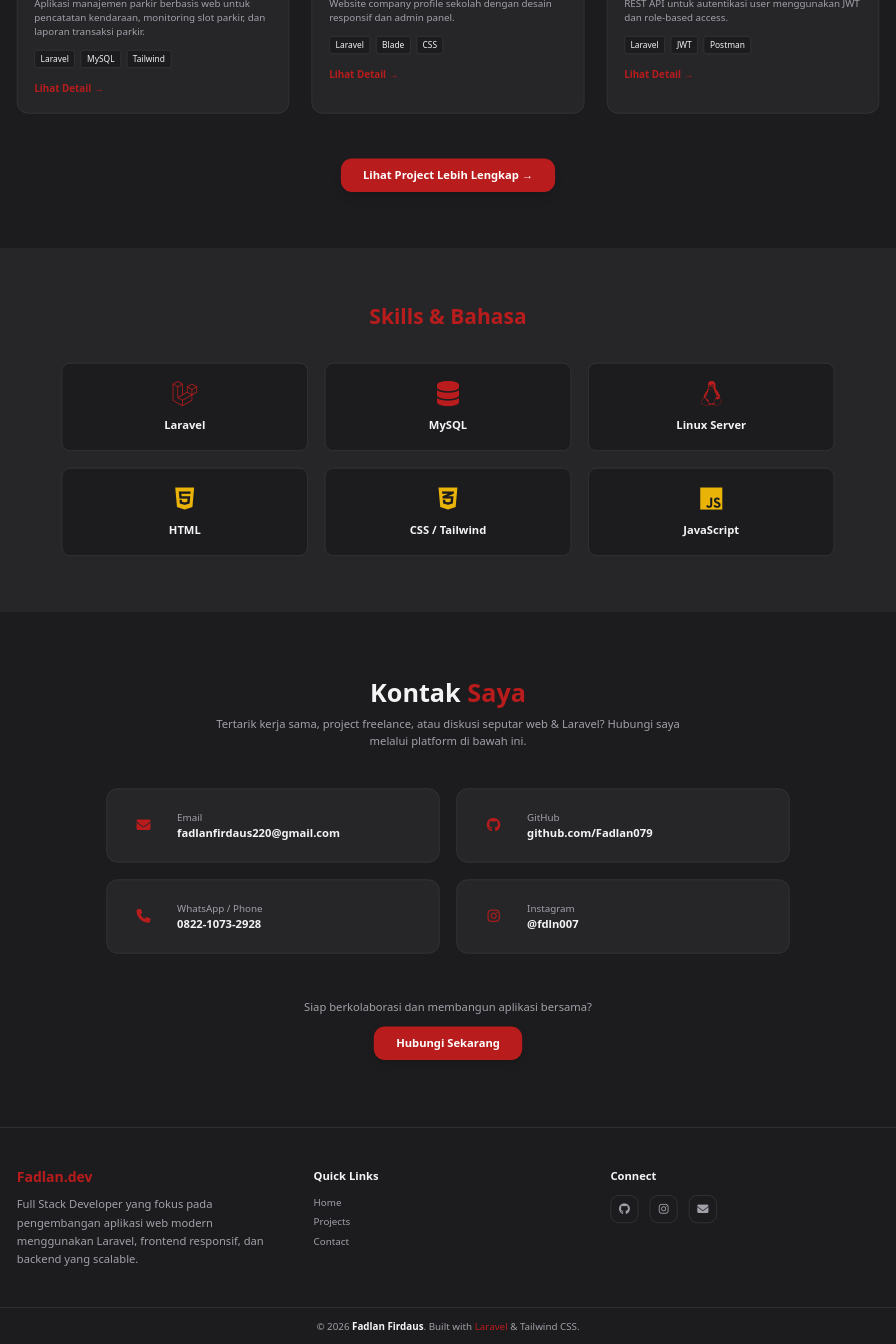
Repository: Fadlan079/Personal-Portfolio
Page: http://localhost/
An editor plug-in stored every save of this project. The page is shown before and after the next save, followed by the edit.
The browser window is 1280 px wide. The pictures show the part of the page from y = 2716 to 4636 px (the page is 4636 px tall before and 4092 px after), at 70% of full size.
Some web libraries are served in a nearby version. The page is served by the project's Laravel application, run on PHP 8.4 with Laravel 12. Other server files are loaded and not shown.

Above is the page before, as saved 2026-01-15 09:18:08.

### routes/web.php
<?php

use Illuminate\Support\Facades\Route;
use App\Http\Controllers\ProjectController;

// Route::get('/', function () {
//     return view('welcome');
// });

Route::get('/', function () {
    return view('portofolio');
});

// Route::get('/project', function () {
//     return view('project');
// });

Route::get('/project', [ProjectController::class, 'index']);

### resources/views/portofolio.blade.php
<!DOCTYPE html>
<html lang="id">
<head>
  <meta charset="UTF-8" />
  <meta name="viewport" content="width=device-width, initial-scale=1.0" />
  <title>Portfolio | Fadlan</title>
  <script src="https://cdn.tailwindcss.com"></script>
  <link rel="stylesheet" href="https://cdnjs.cloudflare.com/ajax/libs/font-awesome/6.5.1/css/all.min.css"/>
  <script>
    tailwind.config = {
      theme: {
        extend: {
          colors: {
            bg: 'var(--color-bg)',
            surface: 'var(--color-surface)',
            border: 'var(--color-border)',
            text: 'var(--color-text)',
            muted: 'var(--color-muted)',
            primary: 'var(--color-primary)',
            success: 'var(--color-success)',
            danger: 'var(--color-danger)',
            warning: 'var(--color-warning)',
          }
        }
      }
    }
  </script>
  <style>
    :root {
      --color-bg: #1c1c1e;
      --color-surface: #262629;
      --color-border: #3a3a3d;
      --color-text: #f4f4f5;
      --color-muted: #a1a1aa;
      --color-primary: #b91c1c;
      --color-success: #6fbf8f;
      --color-danger:  #ef4444;
      --color-warning: #eab308;
    }

    html {
      scroll-behavior: smooth;
    }

* {
  scrollbar-width: thin;
  scrollbar-color: #ef4444 transparent;
}

::-webkit-scrollbar {
  width: 10px;
}

::-webkit-scrollbar-track {
  background: transparent;
}

::-webkit-scrollbar-thumb {
  background: linear-gradient(
    180deg,
    #ef4444,
    #dc2626
  );
  border-radius: 999px;
  border: 2px solid transparent;
  background-clip: content-box;
}

::-webkit-scrollbar-thumb:hover {
  background: linear-gradient(
    180deg,
    #f87171,
    #ef4444
  );
}

  </style>
</head>

<body class="bg-bg text-text">
  <header> @include('components.header') </header>
  <main>
    <section id="home" class="relative min-h-screen flex items-center px-6 overflow-hidden">  @include('sections.hero')</section>
    <section id="about" class="py-20 bg-surface">@include('sections.about')</section>
    <section id="experience" class="py-20">@include('sections.experience')</section>
    <section id="education" class="py-24 bg-bg">@include('sections.education')</section>
    <section id="projects" class="py-20 bg-bg">@include('sections.project')</section>
  </main>



<!-- Skills -->
<section id="skills" class="py-20 bg-surface">
  <div class="max-w-6xl mx-auto px-6">
    <h3 class="text-3xl font-bold mb-12 text-primary text-center">Skills & Bahasa</h3>

    <div class="grid md:grid-cols-3 gap-6 text-center">
      <div class="bg-bg border border-border rounded-xl p-6">
        <i class="fa-brands fa-laravel text-4xl text-primary mb-3"></i>
        <h4 class="font-semibold">Laravel</h4>
      </div>
      <div class="bg-bg border border-border rounded-xl p-6">
        <i class="fa-solid fa-database text-4xl text-primary mb-3"></i>
        <h4 class="font-semibold">MySQL</h4>
      </div>
      <div class="bg-bg border border-border rounded-xl p-6">
        <i class="fa-brands fa-linux text-4xl text-primary mb-3"></i>
        <h4 class="font-semibold">Linux Server</h4>
      </div>
      <div class="bg-bg border border-border rounded-xl p-6">
        <i class="fa-brands fa-html5 text-4xl text-warning mb-3"></i>
        <h4 class="font-semibold">HTML</h4>
      </div>
      <div class="bg-bg border border-border rounded-xl p-6">
        <i class="fa-brands fa-css3-alt text-4xl text-warning mb-3"></i>
        <h4 class="font-semibold">CSS / Tailwind</h4>
      </div>
      <div class="bg-bg border border-border rounded-xl p-6">
        <i class="fa-brands fa-js text-4xl text-warning mb-3"></i>
        <h4 class="font-semibold">JavaScript</h4>
      </div>
    </div>
  </div>
</section>

<section id="contact" class="py-24 bg-bg">
  <div class="max-w-5xl mx-auto px-6">

    <div class="text-center mb-14">
      <h3 class="text-4xl font-extrabold mb-3">
        Kontak <span class="text-primary">Saya</span>
      </h3>
      <p class="text-muted max-w-2xl mx-auto">
        Tertarik kerja sama, project freelance, atau diskusi seputar web & Laravel?
        Hubungi saya melalui platform di bawah ini.
      </p>
    </div>

    <div class="grid sm:grid-cols-2 gap-6">
      <a href="mailto:fadlanfirdaus220@gmail.com"
         class="group bg-surface border border-border rounded-2xl p-6
                flex items-center gap-5
                hover:border-primary hover:-translate-y-1 transition">
        <div class="w-14 h-14 rounded-xl flex items-center justify-center
                    bg-primary/20 text-primary text-xl">
          <i class="fa-solid fa-envelope"></i>
        </div>
        <div>
          <p class="text-sm text-muted">Email</p>
          <p class="font-semibold group-hover:text-primary transition">
            fadlanfirdaus220@gmail.com
          </p>
        </div>
      </a>

      <a href="https://github.com/Fadlan079" target="_blank"
         class="group bg-surface border border-border rounded-2xl p-6
                flex items-center gap-5
                hover:border-primary hover:-translate-y-1 transition">
        <div class="w-14 h-14 rounded-xl flex items-center justify-center
                    bg-primary/20 text-primary text-xl">
          <i class="fa-brands fa-github"></i>
        </div>
        <div>
          <p class="text-sm text-muted">GitHub</p>
          <p class="font-semibold group-hover:text-primary transition">
            github.com/Fadlan079
          </p>
        </div>
      </a>

      <a href="tel:082210732928"
         class="group bg-surface border border-border rounded-2xl p-6
                flex items-center gap-5
                hover:border-primary hover:-translate-y-1 transition">
        <div class="w-14 h-14 rounded-xl flex items-center justify-center
                    bg-primary/20 text-primary text-xl">
          <i class="fa-solid fa-phone"></i>
        </div>
        <div>
          <p class="text-sm text-muted">WhatsApp / Phone</p>
          <p class="font-semibold group-hover:text-primary transition">
            0822-1073-2928
          </p>
        </div>
      </a>

      <a href="https://instagram.com/fdln007" target="_blank"
         class="group bg-surface border border-border rounded-2xl p-6
                flex items-center gap-5
                hover:border-primary hover:-translate-y-1 transition">
        <div class="w-14 h-14 rounded-xl flex items-center justify-center
                    bg-primary/20 text-primary text-xl">
          <i class="fa-brands fa-instagram"></i>
        </div>
        <div>
          <p class="text-sm text-muted">Instagram</p>
          <p class="font-semibold group-hover:text-primary transition">
            @fdln007
          </p>
        </div>
      </a>

    </div>

    <div class="text-center mt-16">
      <p class="text-muted mb-4">
        Siap berkolaborasi dan membangun aplikasi bersama?
      </p>
      <a href="mailto:fadlanfirdaus220@gmail.com"
         class="inline-block px-8 py-3 bg-primary text-white
                rounded-2xl font-semibold
                hover:opacity-90 transition shadow-lg shadow-primary/30">
        Hubungi Sekarang
      </a>
    </div>

  </div>
</section>


  <footer class="relative border-t border-border bg-bg">@include('components.footer')</footer>
</body>
</html>

### resources/views/components/header.blade.php
<nav class="fixed w-full bg-bg/80 backdrop-blur border-b border-border z-50">
  <div class="max-w-7xl mx-auto px-6 py-4 flex justify-between items-center">
    <h1 class="text-xl font-bold text-primary">Fadlan.dev</h1>
    <ul class="flex gap-6 text-sm">
      <li class="relative group">
        <a href="#home">Home</a>
        <span class="absolute left-0 -bottom-1 h-[2px] w-0 bg-primary transition-all group-hover:w-full"></span>
      </li>
      <li class="relative group">
        <a href="#about">About</a>
        <span class="absolute left-0 -bottom-1 h-[2px] w-0 bg-primary transition-all group-hover:w-full"></span>
      </li>
      <li class="relative group">
        <a href="#experience">Experience</a>
        <span class="absolute left-0 -bottom-1 h-[2px] w-0 bg-primary transition-all group-hover:w-full"></span>
      </li>
        <li class="relative group">
        <a href="#projects">Project</a>
        <span class="absolute left-0 -bottom-1 h-[2px] w-0 bg-primary transition-all group-hover:w-full"></span>
      </li>
      <li class="relative group">
        <a href="#skills">Skills</a>
        <span class="absolute left-0 -bottom-1 h-[2px] w-0 bg-primary transition-all group-hover:w-full"></span>
      </li>
      <li class="relative group">
        <a href="#contact">Contact</a>
        <span class="absolute left-0 -bottom-1 h-[2px] w-0 bg-primary transition-all group-hover:w-full"></span>
      </li>
    </ul>
  </div>
</nav>

### resources/views/sections/about.blade.php
<div class="max-w-6xl mx-auto px-6">
<h3 class="text-3xl font-bold mb-6 text-primary">Tentang Saya</h3>
<p class="text-muted leading-relaxed max-w-3xl">
    Saya pelajar SMK jurusan PPLG dengan minat besar di bidang
    <strong>Full Stack Development</strong>. Terbiasa membangun aplikasi
    Laravel, REST API, database MySQL, serta deployment ke server Linux.
</p>
</div>

### resources/views/sections/experience.blade.php
<div class="max-w-6xl mx-auto px-6">
<h3 class="text-3xl font-bold mb-12 text-primary text-center">Pengalaman</h3>
<div class="space-y-6">
    <div class="bg-surface border border-border rounded-xl p-6">
    <h4 class="font-semibold">Project Sistem Kasir</h4>
    <p class="text-muted text-sm">Laravel • MySQL • Tailwind</p>
    </div>
    <div class="bg-surface border border-border rounded-xl p-6">
    <h4 class="font-semibold">Website Sekolah</h4>
    <p class="text-muted text-sm">Company Profile • Responsive Design</p>
    </div>
    <div class="bg-surface border border-border rounded-xl p-6">
    <h4 class="font-semibold">REST API Auth</h4>
    <p class="text-muted text-sm">JWT • Role Management</p>
    </div>
</div>
</div>

### resources/views/sections/education.blade.php
<div class="max-w-6xl mx-auto px-6">
<div class="mb-16 text-center">
    <h3 class="text-4xl font-extrabold">
    Pendidikan
    <span class="text-primary">Saya</span>
    </h3>
    <p class="text-muted mt-3 max-w-2xl mx-auto">
    Latar belakang pendidikan yang membentuk skill teknis
    dan minat saya di dunia pengembangan web.
    </p>
</div>

<div class="relative pl-8 md:pl-12">

    <div class="absolute left-3 top-0 h-full w-[2px] bg-border"></div>

    <div class="relative mb-12">
    <div class="absolute -left-[2px] top-2">
        <span
        class="block w-4 h-4 rounded-full bg-primary
                shadow-lg shadow-primary/40">
        </span>
    </div>
    <div
        class="bg-surface border border-border rounded-2xl p-6
                hover:-translate-y-1 transition"
    >
        <div class="flex flex-wrap items-center gap-3 mb-2">
        <h4 class="text-xl font-semibold">
            SMK – PPLG (Pengembangan Perangkat Lunak & Gim)
        </h4>
        <span
            class="text-xs px-3 py-1 rounded-full
                    bg-success/20 text-success"
        >
            Aktif
        </span>
        </div>

        <p class="text-sm text-muted mb-3">
        2023 – Sekarang
        </p>

        <p class="text-muted leading-relaxed">
        Mendalami pengembangan web modern dengan
        <strong class="text-text">Laravel</strong>,
        REST API, database MySQL, Tailwind CSS,
        serta deployment ke Linux server.
        </p>
    </div>
    </div>

    <div class="relative mb-12">
    <div class="absolute -left-[2px] top-2">
        <span
        class="block w-4 h-4 rounded-full bg-primary/70
                shadow-lg shadow-primary/30">
        </span>
    </div>

    <div
        class="bg-surface border border-border rounded-2xl p-6
                hover:-translate-y-1 transition"
    >
        <h4 class="text-xl font-semibold mb-1">
        Sekolah Menengah Pertama (SMP)
        </h4>

        <p class="text-sm text-muted mb-3">
        2020 – 2023
        </p>

        <p class="text-muted leading-relaxed">
        Mulai tertarik dengan dunia IT, komputer,
        dan belajar logika pemrograman dasar secara mandiri.
        </p>
    </div>
    </div>

    <div class="relative">
    <div class="absolute -left-[2px] top-2">
        <span
        class="block w-4 h-4 rounded-full bg-primary/40
                shadow-lg shadow-primary/20">
        </span>
    </div>

    <div
        class="bg-surface border border-border rounded-2xl p-6
                hover:-translate-y-1 transition"
    >
        <h4 class="text-xl font-semibold mb-1">
        Sekolah Dasar (SD)
        </h4>

        <p class="text-sm text-muted mb-3">
        2014 – 2020
        </p>

        <p class="text-muted leading-relaxed">
        Pendidikan dasar dan awal mengenal komputer
        serta teknologi digital.
        </p>
    </div>
    </div>

</div>
</div>

### resources/views/sections/project.blade.php
<div class="max-w-7xl mx-auto px-6">
    <h3 class="text-3xl font-bold text-center mb-4 text-primary">Projects</h3>
    <p class="text-muted text-center mb-12">
    Beberapa project yang pernah saya kerjakan
    </p>

    <div class="grid md:grid-cols-3 gap-8">

    <div class="bg-surface border border-border rounded-2xl p-6 hover:-translate-y-2 transition">
    <div class="flex justify-between items-center mb-3">
        <h4 class="text-xl font-semibold">Sistem Manajemen Parkir</h4>
        <span class="text-xs px-2 py-1 rounded bg-success/20 text-success">
        Finished
        </span>
    </div>

    <p class="text-muted text-sm mb-4">
        Aplikasi manajemen parkir berbasis web untuk pencatatan kendaraan,
        monitoring slot parkir, dan laporan transaksi parkir.
    </p>

    <div class="flex flex-wrap gap-2 text-xs mb-4">
        <span class="px-2 py-1 bg-bg border border-border rounded">Laravel</span>
        <span class="px-2 py-1 bg-bg border border-border rounded">MySQL</span>
        <span class="px-2 py-1 bg-bg border border-border rounded">Tailwind</span>
    </div>

    <a href="https://github.com/Fadlan079/Sistem-Manajemen-Parkir.git" class="text-primary text-sm font-semibold hover:underline">
        Lihat Detail →
    </a>
    </div>

    <div class="bg-surface border border-border rounded-2xl p-6 hover:-translate-y-2 transition">
    <div class="flex justify-between items-center mb-3">
        <h4 class="text-xl font-semibold">Website Sekolah</h4>
        <span class="text-xs px-2 py-1 rounded bg-warning/20 text-warning">
        Ongoing
        </span>
    </div>

    <p class="text-muted text-sm mb-4">
        Website company profile sekolah dengan desain responsif
        dan admin panel.
    </p>

    <div class="flex flex-wrap gap-2 text-xs mb-4">
        <span class="px-2 py-1 bg-bg border border-border rounded">Laravel</span>
        <span class="px-2 py-1 bg-bg border border-border rounded">Blade</span>
        <span class="px-2 py-1 bg-bg border border-border rounded">CSS</span>
    </div>

    <a href="#" class="text-primary text-sm font-semibold hover:underline">
        Lihat Detail →
    </a>
    </div>

    <div class="bg-surface border border-border rounded-2xl p-6 hover:-translate-y-2 transition">
    <div class="flex justify-between items-center mb-3">
        <h4 class="text-xl font-semibold">REST API Auth</h4>
        <span class="text-xs px-2 py-1 rounded bg-danger/20 text-danger">
        Backend
        </span>
    </div>

    <p class="text-muted text-sm mb-4">
        REST API untuk autentikasi user menggunakan JWT
        dan role-based access.
    </p>

    <div class="flex flex-wrap gap-2 text-xs mb-4">
        <span class="px-2 py-1 bg-bg border border-border rounded">Laravel</span>
        <span class="px-2 py-1 bg-bg border border-border rounded">JWT</span>
        <span class="px-2 py-1 bg-bg border border-border rounded">Postman</span>
    </div>

    <a href="#" class="text-primary text-sm font-semibold hover:underline">
        Lihat Detail →
    </a>
    </div>

</div>
<div class="mt-16 flex justify-center">
<a
    href="project"
    class="px-8 py-3 rounded-2xl
        bg-primary text-white font-semibold
        hover:bg-primary/90 transition
        shadow-lg shadow-primary/20"
>
    Lihat Project Lebih Lengkap →
</a>
</div>
</div>

### resources/views/components/footer.blade.php
<div class="absolute inset-0 -z-10">
<div class="absolute bottom-0 left-1/2 -translate-x-1/2
            w-[400px] h-[400px]
            bg-primary/20 blur-[120px] rounded-full"></div>
</div>

<div class="max-w-7xl mx-auto px-6 py-14 grid gap-10 md:grid-cols-3">
<div>
    <h3 class="text-xl font-bold text-primary mb-3">Fadlan.dev</h3>
    <p class="text-muted leading-relaxed">
    Full Stack Developer yang fokus pada pengembangan
    aplikasi web modern menggunakan Laravel,
    frontend responsif, dan backend yang scalable.
    </p>
</div>

<div>
    <h4 class="font-semibold mb-4 text-text">Quick Links</h4>
    <ul class="space-y-2 text-muted text-sm">
    <li>
        <a href="#home" class="hover:text-primary transition">Home</a>
    </li>
    <li>
        <a href="#projects" class="hover:text-primary transition">Projects</a>
    </li>
    <li>
        <a href="#contact" class="hover:text-primary transition">Contact</a>
    </li>
    </ul>
</div>

<div>
    <h4 class="font-semibold mb-4 text-text">Connect</h4>
    <div class="flex gap-4">
    <a href="https://github.com/Fadlan079" target="_blank"
        class="w-10 h-10 rounded-xl border border-border
                flex items-center justify-center
                text-muted hover:text-primary hover:border-primary
                transition">
        <i class="fa-brands fa-github"></i>
    </a>
    <a href="https://instagram.com/fdln007" target="_blank"
        class="w-10 h-10 rounded-xl border border-border
                flex items-center justify-center
                text-muted hover:text-primary hover:border-primary
                transition">
        <i class="fa-brands fa-instagram"></i>
    </a>
    <a href="mailto:fadlanfirdaus220@gmail.com"
        class="w-10 h-10 rounded-xl border border-border
                flex items-center justify-center
                text-muted hover:text-primary hover:border-primary
                transition">
        <i class="fa-solid fa-envelope"></i>
    </a>
    </div>
</div>

</div>

<div class="border-t border-border text-center py-4 text-muted text-sm">
© 2026 <span class="text-text font-semibold">Fadlan Firdaus</span>.
Built with <span class="text-primary">Laravel</span> & Tailwind CSS.
</div>

Loaded but not shown: resources/views/sections/hero.blade.php (143 lines, source omitted)

After the next save:
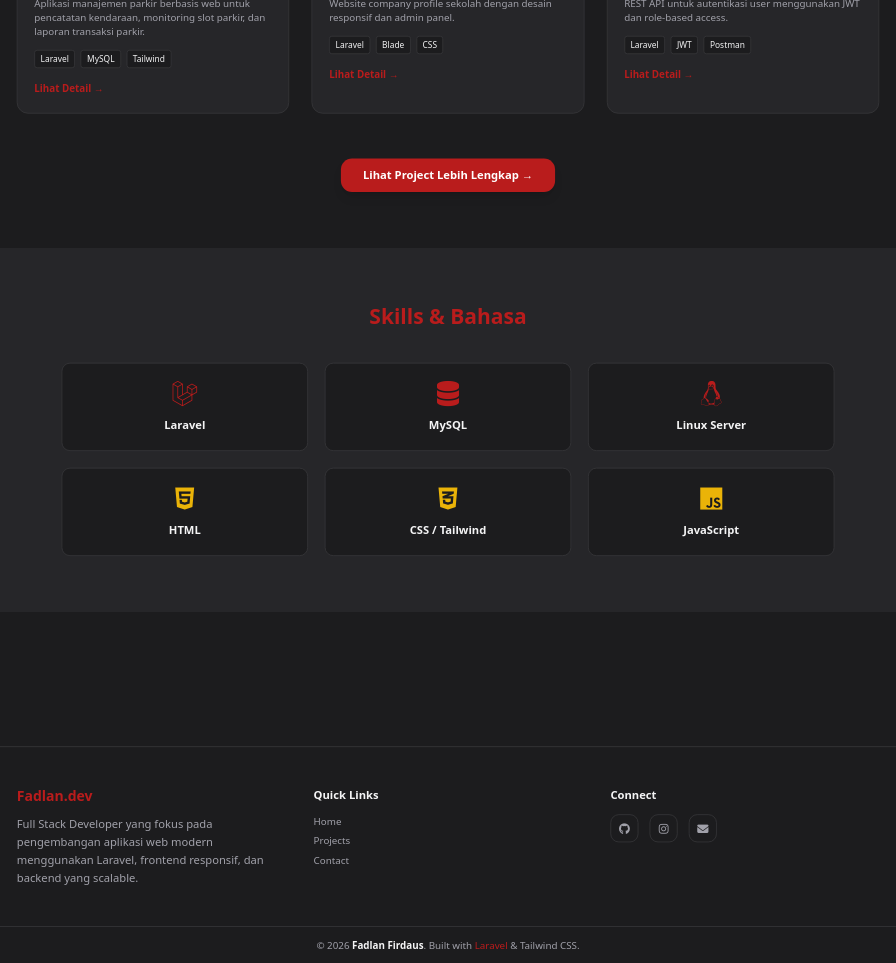
Saved 5 s later.
--- a/resources/views/portofolio.blade.php
+++ b/resources/views/portofolio.blade.php
@@ -124,98 +124,7 @@
 </section>
 
 <section id="contact" class="py-24 bg-bg">
-  <div class="max-w-5xl mx-auto px-6">
 
-    <div class="text-center mb-14">
-      <h3 class="text-4xl font-extrabold mb-3">
-        Kontak <span class="text-primary">Saya</span>
-      </h3>
-      <p class="text-muted max-w-2xl mx-auto">
-        Tertarik kerja sama, project freelance, atau diskusi seputar web & Laravel?
-        Hubungi saya melalui platform di bawah ini.
-      </p>
-    </div>
-
-    <div class="grid sm:grid-cols-2 gap-6">
-      <a href="mailto:fadlanfirdaus220@gmail.com"
-         class="group bg-surface border border-border rounded-2xl p-6
-                flex items-center gap-5
-                hover:border-primary hover:-translate-y-1 transition">
-        <div class="w-14 h-14 rounded-xl flex items-center justify-center
-                    bg-primary/20 text-primary text-xl">
-          <i class="fa-solid fa-envelope"></i>
-        </div>
-        <div>
-          <p class="text-sm text-muted">Email</p>
-          <p class="font-semibold group-hover:text-primary transition">
-            fadlanfirdaus220@gmail.com
-          </p>
-        </div>
-      </a>
-
-      <a href="https://github.com/Fadlan079" target="_blank"
-         class="group bg-surface border border-border rounded-2xl p-6
-                flex items-center gap-5
-                hover:border-primary hover:-translate-y-1 transition">
-        <div class="w-14 h-14 rounded-xl flex items-center justify-center
-                    bg-primary/20 text-primary text-xl">
-          <i class="fa-brands fa-github"></i>
-        </div>
-        <div>
-          <p class="text-sm text-muted">GitHub</p>
-          <p class="font-semibold group-hover:text-primary transition">
-            github.com/Fadlan079
-          </p>
-        </div>
-      </a>
-
-      <a href="tel:082210732928"
-         class="group bg-surface border border-border rounded-2xl p-6
-                flex items-center gap-5
-                hover:border-primary hover:-translate-y-1 transition">
-        <div class="w-14 h-14 rounded-xl flex items-center justify-center
-                    bg-primary/20 text-primary text-xl">
-          <i class="fa-solid fa-phone"></i>
-        </div>
-        <div>
-          <p class="text-sm text-muted">WhatsApp / Phone</p>
-          <p class="font-semibold group-hover:text-primary transition">
-            0822-1073-2928
-          </p>
-        </div>
-      </a>
-
-      <a href="https://instagram.com/fdln007" target="_blank"
-         class="group bg-surface border border-border rounded-2xl p-6
-                flex items-center gap-5
-                hover:border-primary hover:-translate-y-1 transition">
-        <div class="w-14 h-14 rounded-xl flex items-center justify-center
-                    bg-primary/20 text-primary text-xl">
-          <i class="fa-brands fa-instagram"></i>
-        </div>
-        <div>
-          <p class="text-sm text-muted">Instagram</p>
-          <p class="font-semibold group-hover:text-primary transition">
-            @fdln007
-          </p>
-        </div>
-      </a>
-
-    </div>
-
-    <div class="text-center mt-16">
-      <p class="text-muted mb-4">
-        Siap berkolaborasi dan membangun aplikasi bersama?
-      </p>
-      <a href="mailto:fadlanfirdaus220@gmail.com"
-         class="inline-block px-8 py-3 bg-primary text-white
-                rounded-2xl font-semibold
-                hover:opacity-90 transition shadow-lg shadow-primary/30">
-        Hubungi Sekarang
-      </a>
-    </div>
-
-  </div>
 </section>
 
 
